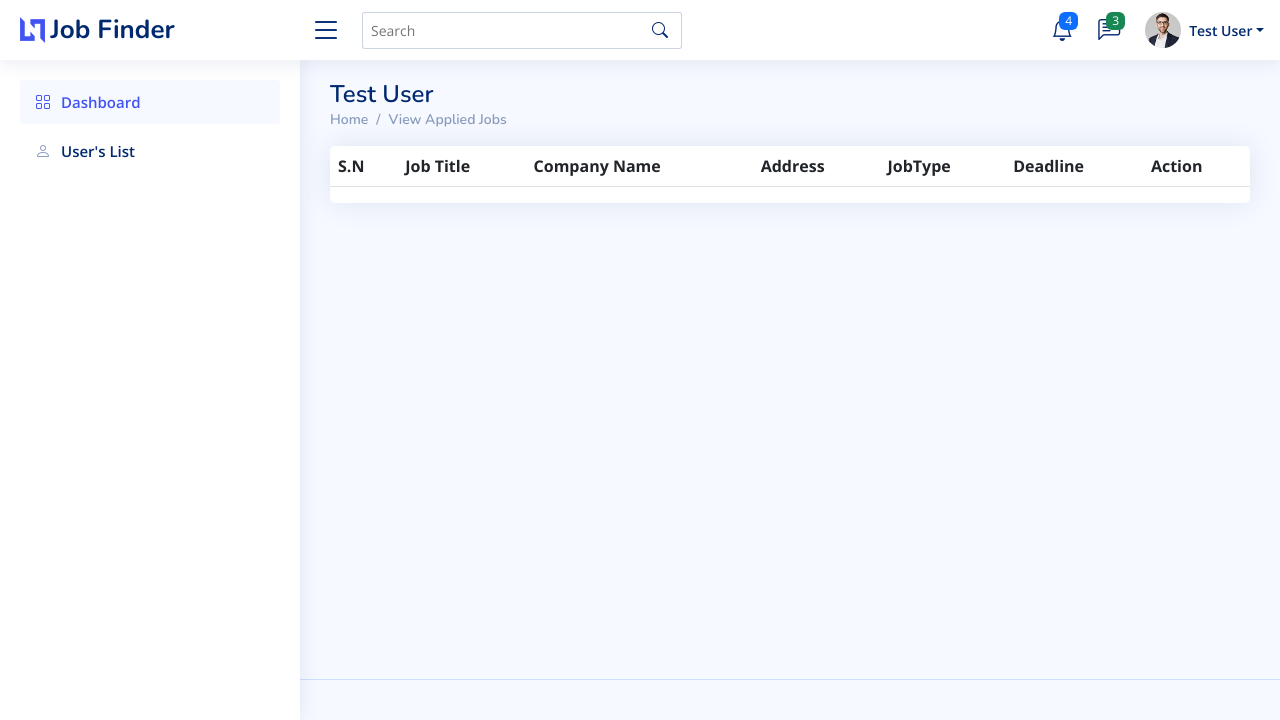
Repository: neha-rouniyar/jobfinder
Page: http://localhost/user/view-applied-jobs
The author's editor kept a copy of each file at every save. The page is drawn from the files as they stood at one save, then again after a run of saves.
The browser window is 1280 px wide. The pictures show the whole page.
The page is served by the project's Laravel application, run on PHP 8.4 with Laravel 10. A made-up administrator, Test User (test@example.com), is signed in.

Above is the page before, as saved 2023-12-22 17:11:33.

After the next 2 saves:
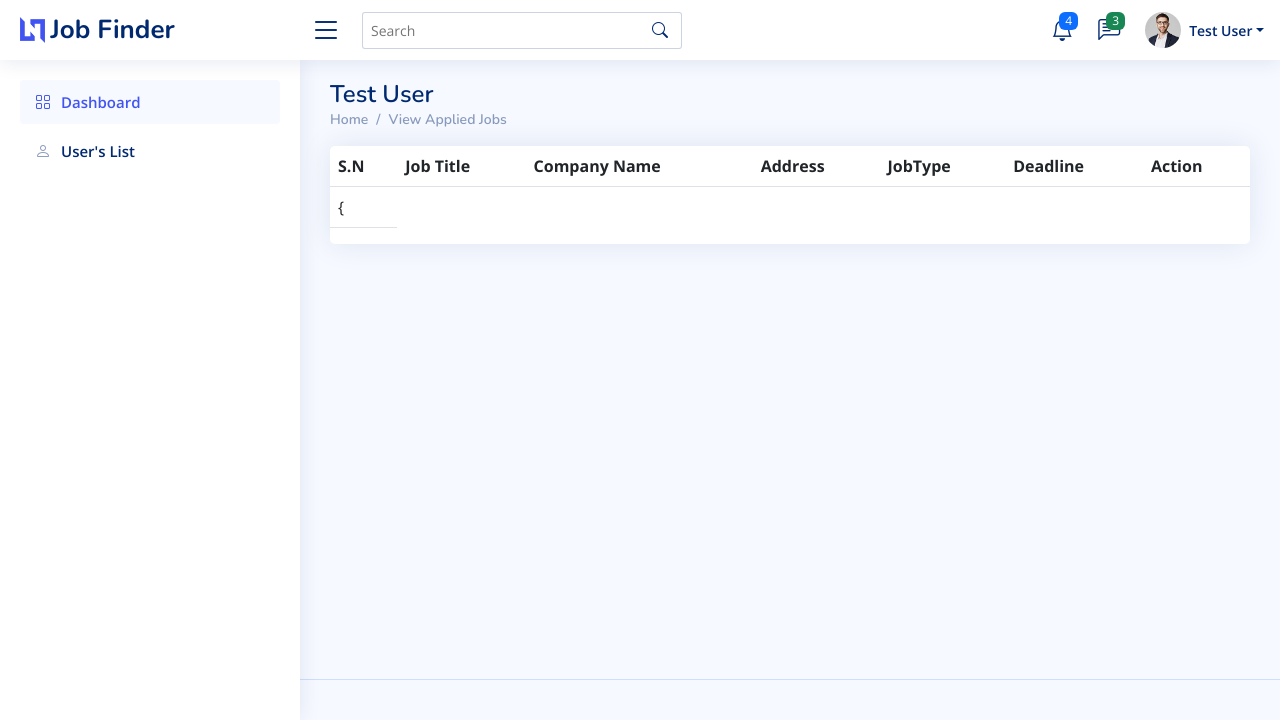
The 2 saves are shown as one change because they came seconds apart.
The last was saved 88 s later.
--- a/resources/views/user/viewAppliedJobs.blade.php
+++ b/resources/views/user/viewAppliedJobs.blade.php
@@ -41,6 +41,9 @@
                 <th scope="col">Action</th>
               </tr>
             </thead>
+            <tbody>
+                <td>{</td>
+            </tbody>
 
           </table>
           </div>
